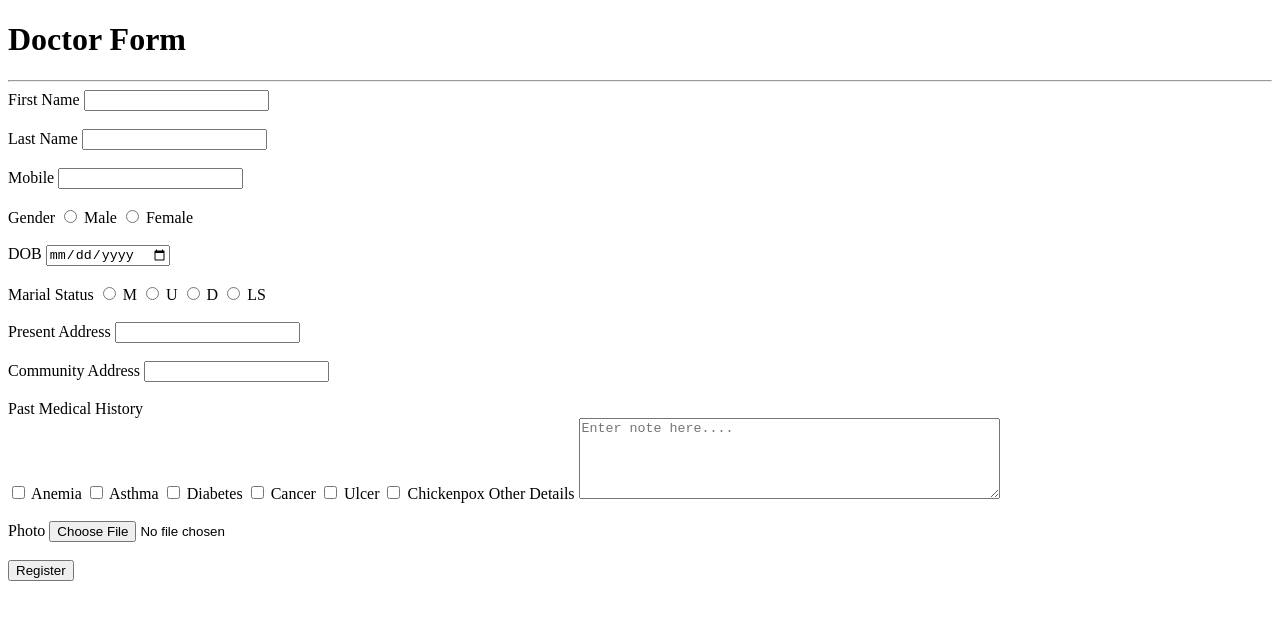
Repository: aayush105/Advance-Java
Page: http://localhost/Doctorpatient/patient.jsp
An editor plug-in stored every save of this project. The page is shown before and after the next save, followed by the edit.
The browser window is 1280 px wide. The pictures show the whole page.
The page is served by Tomcat 10.

Above is the page before, as saved 2023-07-20 11:36:11.

After the next save:
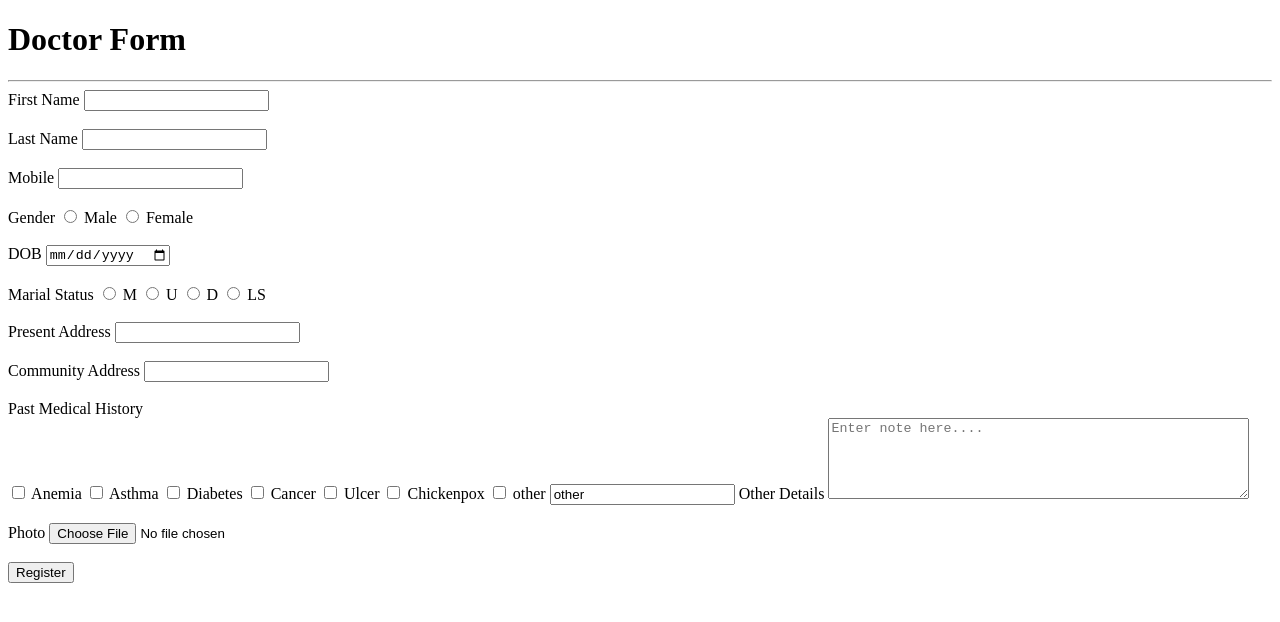
Saved 57 s later.
--- a/Doctorpatient/src/main/webapp/patient.jsp
+++ b/Doctorpatient/src/main/webapp/patient.jsp
@@ -33,6 +33,7 @@ Past Medical History <br>
 <input type="checkbox" name="check-4" value="check-4"> Cancer
 <input type="checkbox" name="check-5" value="check-5"> Ulcer
 <input type="checkbox" name="check-6" value="check-6"> Chickenpox
+<input type="checkbox" name="check-7" value="check-7"> other <input type="text" name="other"value="other">
 
 Other Details <textarea rows = "5" cols = "50" name = "note" placeholder ="Enter note here...."></textarea><br><br>
 Photo <input type="file" name="photo"><br><br>
